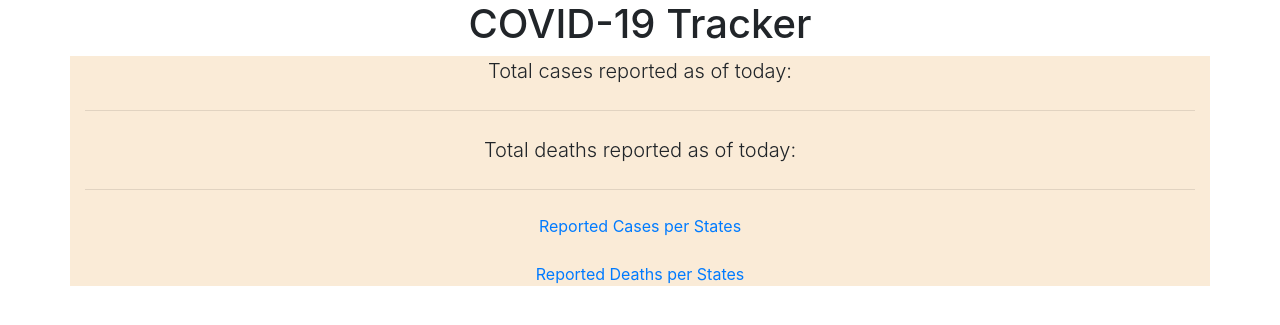
Repository: kimjuneyoung5/Bootcamp-Java
Page: http://localhost/CovidTrackingApp/WEB-INF/index.jsp
These files come from the project's save history. The page is drawn as it stood at one moment and after the next save; the edit follows.
The browser window is 1280 px wide. The pictures show the whole page.
The page is served by Tomcat 9. Nobody is signed in. Other server files are loaded and not shown. The template is opened directly, without the code that normally fills it, so the values that code supplies are empty.

Above is the page before, as saved 2021-10-02 01:52:40.

### oop/CovidTrackingApp/src/main/webapp/WEB-INF/index.jsp
<%@ page language="java" contentType="text/html; charset=UTF-8"
    pageEncoding="UTF-8"%>
<%@ taglib prefix="c" uri="http://java.sun.com/jsp/jstl/core" %>
<%@ taglib prefix="fmt" uri="http://java.sun.com/jsp/jstl/fmt" %>
<%@ taglib prefix="form" uri="http://www.springframework.org/tags/form"%>
<%@ page isErrorPage="true" %>
<!DOCTYPE html>

<html xmlns:th="http://www.thymeleaf.org">

<head>
    <title>COVID-19 Tracker</title>
    <meta http-equiv="Content-Type" content="text/html; charset=UTF-8" />
    <link rel="stylesheet" href="https://stackpath.bootstrapcdn.com/bootstrap/4.4.1/css/bootstrap.min.css" integrity="sha384-Vkoo8x4CGsO3+Hhxv8T/Q5PaXtkKtu6ug5TOeNV6gBiFeWPGFN9MuhOf23Q9Ifjh" crossorigin="anonymous">
    <style>
    	.container1{
    		text-align: center;
    	}
    	.container{
    		text-align:center;
    		background-color: antiquewhite;
    	}
    </style>
</head>

<body>
<div class="container1">
<h1>COVID-19 Tracker</h1>

	<div class="container">
    	<p class="lead">Total cases reported as of today:</p>
    	<h1 class="display-4"><c:out value="${totalReportedCases}"/></h1>
    	<hr class="my-4">
    	<p class="lead">Total deaths reported as of today:</p>
    	<h1 class="display-4"><c:out value="${totalReportedDeaths}"/></h1>
    	<hr class="my-4">
    	<a href="/cases">Reported Cases per States</a>
    	<br></br>
    	<a href="/deaths">Reported Deaths per States</a>
	</div>

</div>

After the next save:
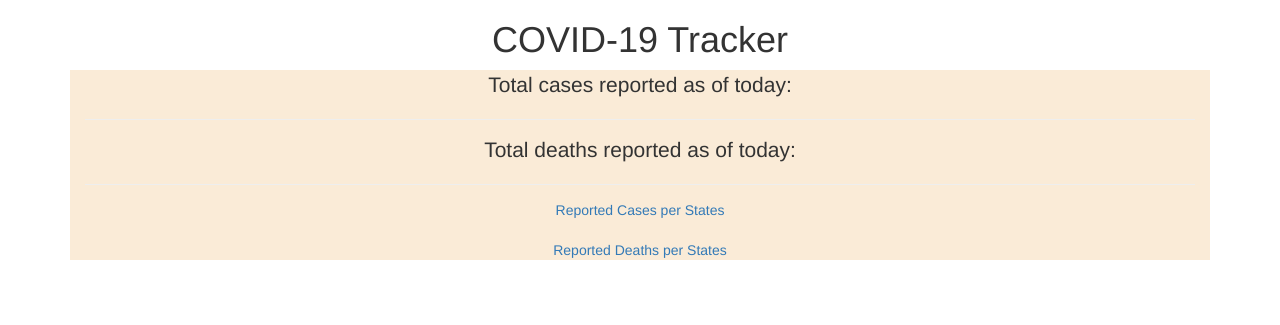
Saved 30 min 4 s later.
--- a/oop/CovidTrackingApp/src/main/webapp/WEB-INF/index.jsp
+++ b/oop/CovidTrackingApp/src/main/webapp/WEB-INF/index.jsp
@@ -12,6 +12,8 @@
     <title>COVID-19 Tracker</title>
     <meta http-equiv="Content-Type" content="text/html; charset=UTF-8" />
     <link rel="stylesheet" href="https://stackpath.bootstrapcdn.com/bootstrap/4.4.1/css/bootstrap.min.css" integrity="sha384-Vkoo8x4CGsO3+Hhxv8T/Q5PaXtkKtu6ug5TOeNV6gBiFeWPGFN9MuhOf23Q9Ifjh" crossorigin="anonymous">
+    <link rel="stylesheet"
+		href="https://maxcdn.bootstrapcdn.com/bootstrap/3.3.7/css/bootstrap.min.css" />
     <style>
     	.container1{
     		text-align: center;
